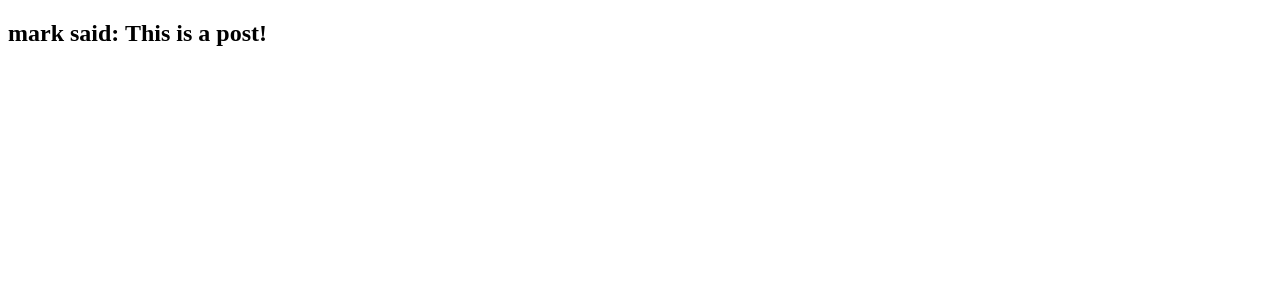
Repository: roslanPaul/social-app
Page: /
The author's editor kept a copy of each file at every save. The page is drawn from the files as they stood at one save, then again after the next save.
The browser window is 1280 px wide. The pictures show the whole page.
The project was rebuilt for these pictures with package versions that can differ from the ones it lists, and the page was loaded fresh each time.

Above is the page before, as saved 2019-03-14 12:30:20.

### src/index.js
import React, { Component } from 'react';
import { render } from "react-dom";
import PropTypes from "prop-types";

const node = document.getElementById('root');
class Post extends Component {
    render() {
        // create DOM element
        console.log("post");
        return React.createElement (
            'div',
            {
                className: 'post'
            },
            React.createElement(
                'h2',
                {
                    className: 'postAuthor',
                    id: this.props.id
                },
                this.props.user,
                React.createElement(
                    'span',
                    {
                        className: 'postBody'
                    },
                    this.props.content
                )
            )
        );
    }
}

Post.propTypes = {
    user: PropTypes.string.isRequired,
    content: PropTypes.string.isRequired,
    id: PropTypes.number.isRequired
};

class Comment extends Component {
    render() {
      console.log("yo");
      return React.createElement(
        "div",
        {
          className: "comment"
        },
        React.createElement(
          "h2",
          {
            className: "commentAuthor"
          },
          this.props.user,
          React.createElement(
            "span",
            {
              className: "commentContent"
            },
            this.props.content
          )
        )
      );
    }
  }
// establish constraint

Comment.propTypes = {
    id: PropTypes.number.isRequired,
    content: PropTypes.string.isRequired,
    user: PropTypes.string.isRequired
};

const App = React.createElement(
    Post,
    {
      id: 1,
      content: " said: This is a post!",
      user: "mark"
    },
    React.createElement(Comment, {
      id: 2,
      user: "bob",
      content: " commented: wow! how cool!"
    })
);

render(App, node);

Loaded but not shown: public/index.html (common file)

After the next save:
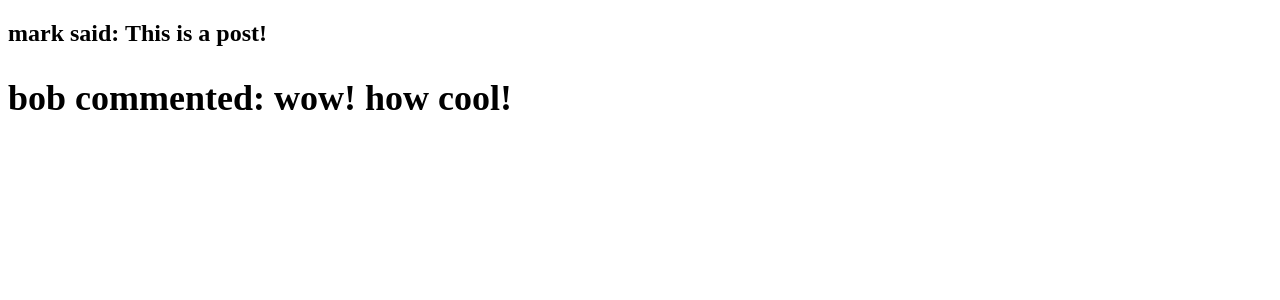
Saved 38 s later.
--- a/src/index.js
+++ b/src/index.js
@@ -1,87 +1,86 @@
-import React, { Component } from 'react';
+import React, { Component } from "react";
 import { render } from "react-dom";
 import PropTypes from "prop-types";
 
-const node = document.getElementById('root');
+const node = document.getElementById("root");
+
 class Post extends Component {
-    render() {
-        // create DOM element
-        console.log("post");
-        return React.createElement (
-            'div',
-            {
-                className: 'post'
-            },
-            React.createElement(
-                'h2',
-                {
-                    className: 'postAuthor',
-                    id: this.props.id
-                },
-                this.props.user,
-                React.createElement(
-                    'span',
-                    {
-                        className: 'postBody'
-                    },
-                    this.props.content
-                )
-            )
-        );
-    }
+  render() {
+    return React.createElement(
+      "div",
+      {
+        className: "post"
+      },
+      React.createElement(
+        "h2",
+        {
+          className: "postAuthor",
+          id: this.props.id
+        },
+        this.props.user,
+        React.createElement(
+          "span",
+          {
+            className: "postBody"
+          },
+          this.props.content
+        ),
+        this.props.children
+      )
+    );
+  }
 }
 
 Post.propTypes = {
-    user: PropTypes.string.isRequired,
-    content: PropTypes.string.isRequired,
-    id: PropTypes.number.isRequired
+  user: PropTypes.string.isRequired,
+  content: PropTypes.string.isRequired,
+  id: PropTypes.number.isRequired
 };
 
 class Comment extends Component {
-    render() {
-      console.log("yo");
-      return React.createElement(
-        "div",
+  render() {
+    console.log("yo");
+    return React.createElement(
+      "div",
+      {
+        className: "comment"
+      },
+      React.createElement(
+        "h2",
         {
-          className: "comment"
+          className: "commentAuthor"
         },
+        this.props.user,
         React.createElement(
-          "h2",
+          "span",
           {
-            className: "commentAuthor"
+            className: "commentContent"
           },
-          this.props.user,
-          React.createElement(
-            "span",
-            {
-              className: "commentContent"
-            },
-            this.props.content
-          )
+          this.props.content
         )
-      );
-    }
+      )
+    );
   }
-// establish constraint
+}
 
 Comment.propTypes = {
-    id: PropTypes.number.isRequired,
-    content: PropTypes.string.isRequired,
-    user: PropTypes.string.isRequired
+  id: PropTypes.number.isRequired,
+  content: PropTypes.string.isRequired,
+  user: PropTypes.string.isRequired
 };
 
 const App = React.createElement(
-    Post,
-    {
-      id: 1,
-      content: " said: This is a post!",
-      user: "mark"
-    },
-    React.createElement(Comment, {
-      id: 2,
-      user: "bob",
-      content: " commented: wow! how cool!"
-    })
+  Post,
+  {
+    id: 1,
+    content: " said: This is a post!",
+    user: "mark"
+  },
+  React.createElement(Comment, {
+    id: 2,
+    user: "bob",
+    content: " commented: wow! how cool!"
+  })
 );
 
 render(App, node);
